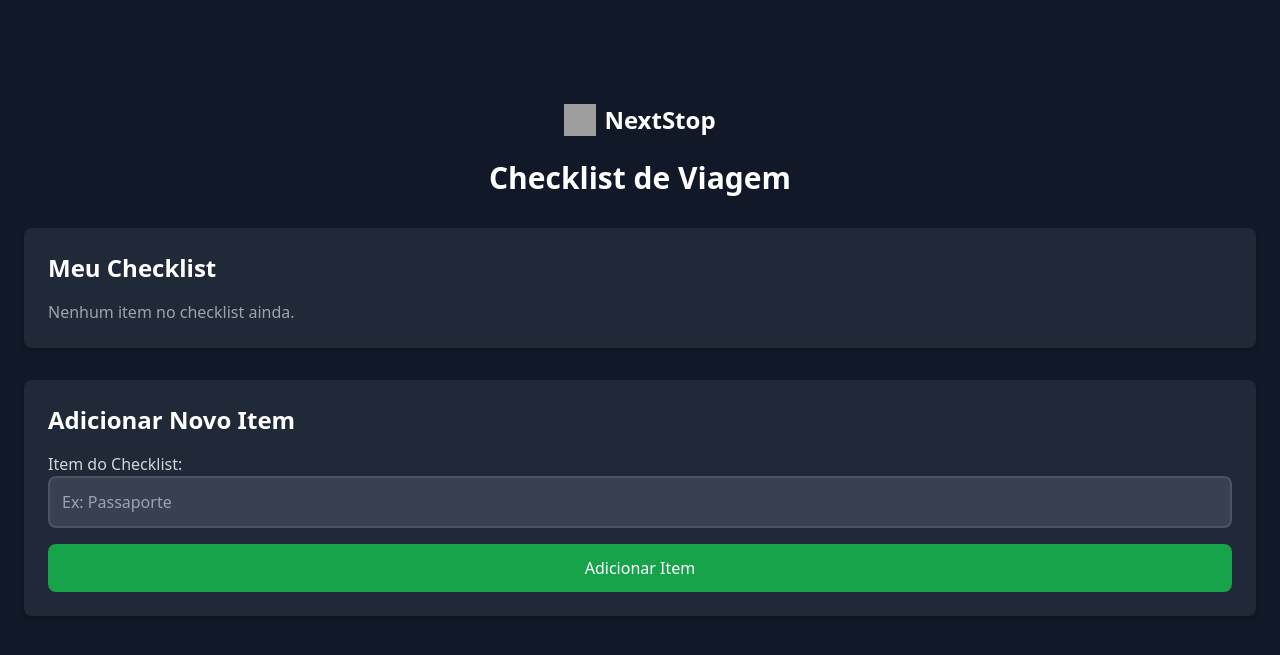
Repository: PedroFerraz87/NextStop
Page: Interface/templates/Interface/checklist.html
These files come from the project's save history. The page is drawn as it stood at one moment and after the next save; the edit follows.
The browser window is 1280 px wide. The pictures show the whole page.
Pictures or frames that could not be fetched are drawn as grey boxes. Some web libraries are served in a nearby version. The template is drawn by Django 5.2. The application's start-up code is not run. The template is opened directly, without the code that normally fills it, so the values that code supplies are empty.

Above is the page before, as saved 2025-04-27 01:43:35.

After the next save:
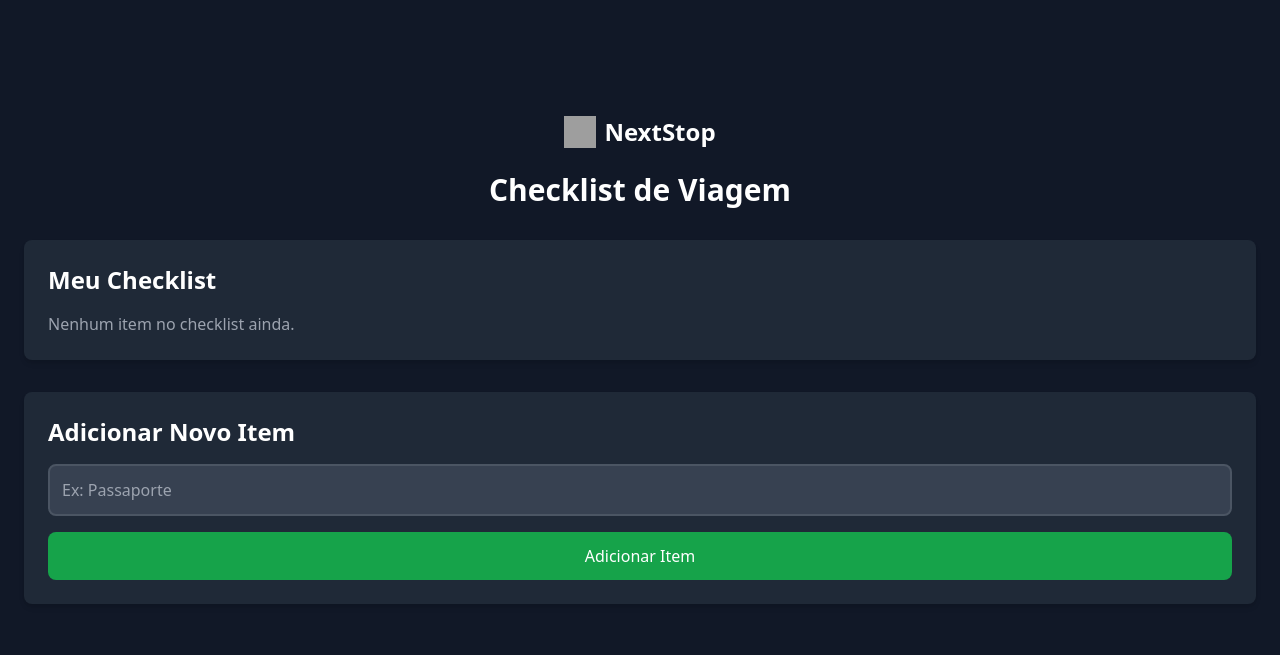
Saved 32 s later.
--- a/Interface/templates/Interface/checklist.html
+++ b/Interface/templates/Interface/checklist.html
@@ -41,7 +41,6 @@
       <form method="post" class="space-y-4">
         {% csrf_token %}
         <div>
-          <label for="item" class="text-gray-300">Item do Checklist:</label>
           <input type="text" id="item" name="item" placeholder="Ex: Passaporte"
             class="w-full p-3 rounded-lg bg-gray-700 text-white border-2 border-gray-600 focus:outline-none focus:ring-2 focus:ring-blue-500" />
         </div>
